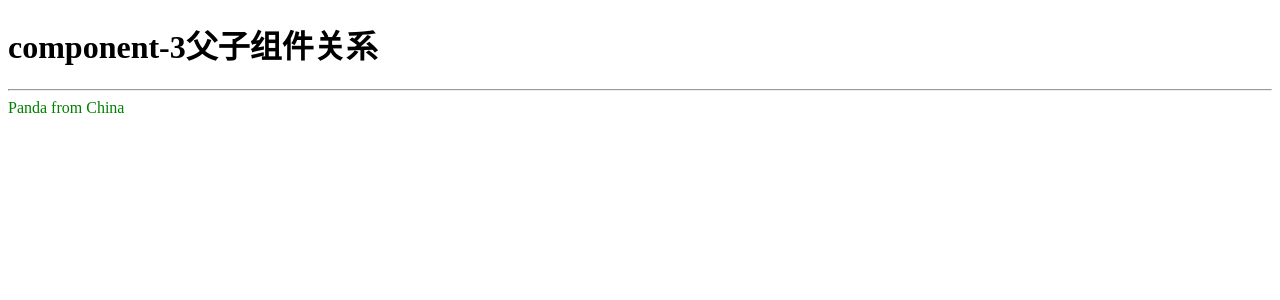
Repository: 13982720426/vue2.0-LearningNotes
Page: example/component-3.html
These files come from the project's save history. The page is drawn as it stood at one moment and after the next save; the edit follows.
The browser window is 1280 px wide. The pictures show the whole page.

Above is the page before, as saved 2021-06-24 21:40:10.

After the next save:
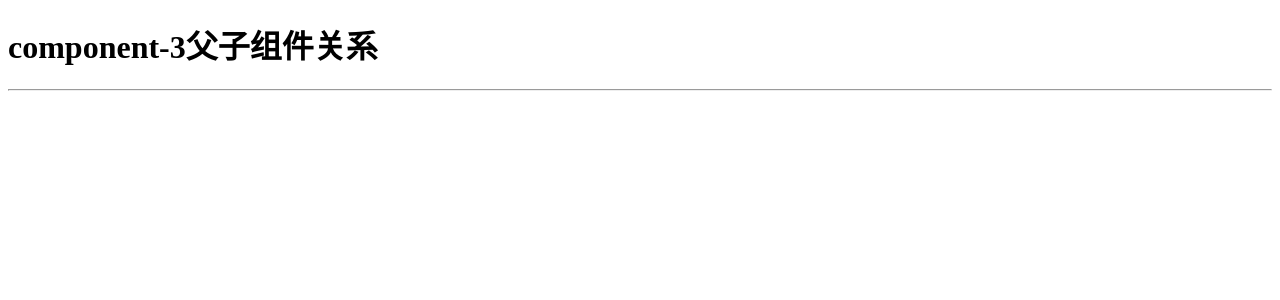
Console error: SyntaxError: Unexpected token '}'
Saved 41 s later.
--- a/example/component-3.html
+++ b/example/component-3.html
@@ -11,19 +11,16 @@
     <h1>component-3父子组件关系</h1>
     <hr />
     <div id="app">
-      <panda :here="message"></panda>
+      <panda></panda>
     </div>
 
     <script type="text/javascript">
       var app = new Vue({
         el: '#app',
-        data: {
-          message: 'China',
-        },
+
         components: {
           panda: {
-            template: `<div style='color:green'>Panda from {{here}}</div>`,
-            props: ['here'],
+            template:
           },
         },
       });

After the 4 saves that followed:
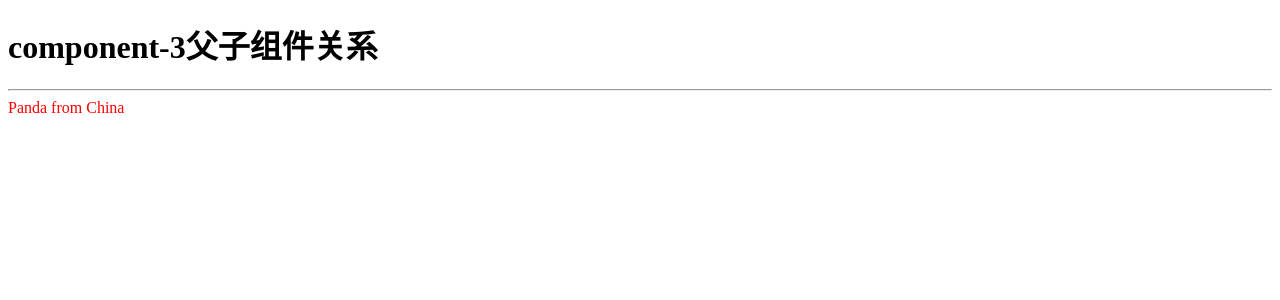
The error is gone.
The 4 saves are shown as one change because 3 left the picture as it was.
The last was saved 3 min 31 s later.
--- a/example/component-3.html
+++ b/example/component-3.html
@@ -15,13 +15,15 @@
     </div>
 
     <script type="text/javascript">
+      var panda = {
+        template: `<div style="color:red">Panda from China</div>`,
+      };
+
       var app = new Vue({
         el: '#app',
 
         components: {
-          panda: {
-            template:
-          },
+          panda: panda,
         },
       });
     </script>
